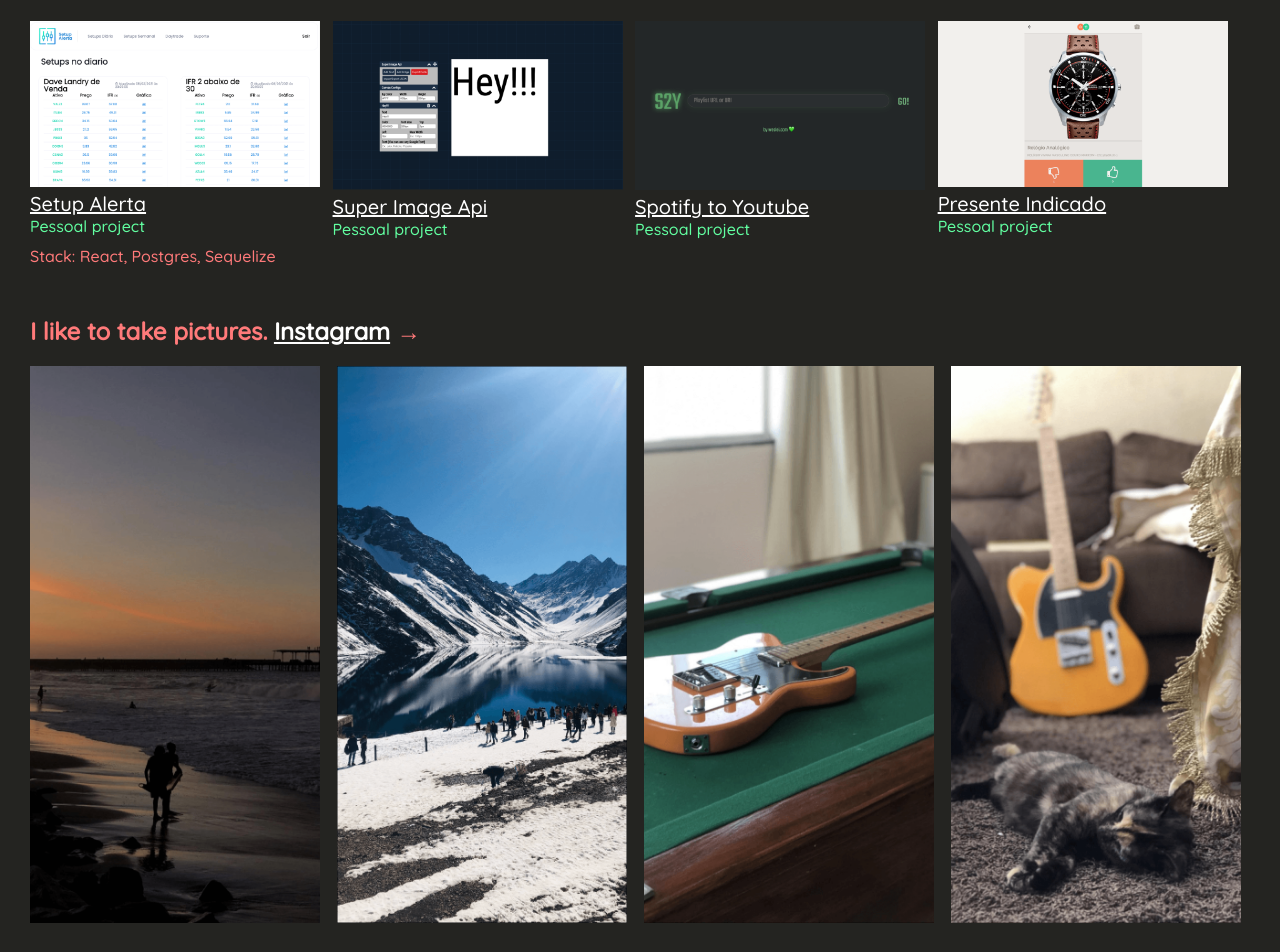
Repository: wprudencio/mywebsite
Page: index_src.html
The author's editor kept a copy of each file at every save. The page is drawn from the files as they stood at one save, then again after the next save.
The browser window is 1280 px wide. The pictures show the part of the page from y = 369 to 1321 px (the page is 1990 px tall before and 2010 px after).

Above is the page before, as saved 2021-04-15 21:26:06.

### index_src.html
<!DOCTYPE html>
<html lang="en">
  <head>
    <meta charset="UTF-8" />
    <meta name="viewport" content="width=device-width, initial-scale=1.0" />
    <meta http-equiv="X-UA-Compatible" content="ie=edge" />
    <meta name="description" content="Software Developer with a Passion for Music. I like math, design, music, photography, technology and sports.">
    <meta name="keywords" content="Software Engineer,nodejs,node,node.js,javascript,react,react-native,react,postgree,dokku,docker,css,html,fullstack,fullstack developer">
    <title>Weslei Prudencio - Fullstack Developer</title>
    <link rel="stylesheet" type="text/css" href="style.css" />
    <link rel="preconnect" href="https://fonts.gstatic.com" />
    <link rel="shortcut icon" href="img/favicon.ico">
    <link
      href="https://fonts.googleapis.com/css2?family=Quicksand:wght@500&display=swap"
      rel="stylesheet"
    />
  </head>
  <body>
    <div class="header">
      <div class="titles">
        <h1 class="title">I'm Weslei Prudencio</h1>
        <div class="subtile subcolor">
          Software Developer with a Passion for Music. Living in <a target="_blank" href="https://www.google.com/maps/search/fortaleza/@-3.7402515,-38.5448821,14.12z">Fortaleza</a>,
          Brazil. I like math, design, music, photography, technology and sports.
        </div>
        <div class="social-links">
          <a target="_blank" href="/img/contactme.png">Email</a> . <a target="_blank" href="https://api.whatsapp.com/send?phone=+5585997731370&text=hey!"> Whatsapp</a> . <a target="_blank" href="https://github.com/wprudencio">Github</a> .
          <a target="_blank" href="https://stackoverflow.com/users/1723176/weslei-prudencio">Stackoverflow</a> . <a target="_blank" href="https://www.instagram.com/wesprudencio/">Instagram</a> .
          <a target="_blank" href="https://www.youtube.com/user/wesleiwpa">Youtube</a> . <a target="_blank" href="https://www.strava.com/athletes/46133690">Strava</a>
        </div>
      </div>
      <div class="profile-picture"><img src="./img/weslei.png" /></div>
    </div>

    <section class="code">
      <h1 class="title">
        I like to code . <a href="https://github.com/wprudencio" target="_blank" class="subcolor">GitHub</a>
        <span class="hide-on-mobile">→</span>
      </h1>
      <div class="hide-on-mobile">

        <div class="code-content">
          <img src="img/screenshot_setupalerta.png" width="300" />
          <div class="title"><a class="title" href="https://www.setupalerta.com.br">Setup Alerta</a></div>
          <div class="subtitle">Pessoal project</div>
          <div class="description">
Stack: React, Postgres, Sequelize
          </div>
        </div>
        <div class="code-content">
          <img src="img/screenshot_superimageapi.png" width="300" />
          <div class="title"><a class="title" href="https://superimageapi.weslei.com/">Super Image Api</a></div>
          <div class="subtitle">Pessoal project</div>
          <!-- <div class="description">
            Software Developer with a Passion for music and design. Living in Fortaleza,
            Brazil. I like music, design, technology, and found in software
            development the perfect balance. Django
          </div> -->
        </div>
        <div class="code-content">
          <img src="img/screenshot_s2y.png" width="300" />
          <div class="title"><a class="title" href="https://spotifytoyoutube.weslei.com/">Spotify to Youtube</a></div>
          <div class="subtitle">Pessoal project</div>
          <!-- <div class="description">
            Software Developer with a Passion for Design. Living in Fortaleza,
            Brazil. I like math, design, technology, and found in software
            development the perfect balance. Django
          </div> -->
        </div>
        <div class="code-content">
          <img src="img/screenshot_presenteindicado.png" width="300" />
          <div class="title"><a class="title" href="https://presenteindicado.herokuapp.com/">Presente Indicado</a></div>
          <div class="subtitle">Pessoal project</div>
          <!-- <div class="description">
            Software Developer with a Passion for music and design. Living in Fortaleza,
            Brazil. I like music, design, technology, and found in software
            development the perfect balance. Django
          </div> -->
        </div>

        <!-- <div class="code-content">
          <img src="img/screenshot_s2y.png" width="300" />
          <div class="title">Setup Alerta</div>
          <div class="subtitle">Pessoal project</div>
          <div class="description">
            Software Developer with a Passion for Design. Living in Fortaleza,
            Brazil. I like math, design, technology, and found in software
            development the perfect balance. Django
          </div>
        </div> -->
      </div>
    </section>

    <section class="photo">
      <h1 class="title">
        I like to take pictures. <a href="https://www.instagram.com/wesprudencio/" target="_blank" class="subcolor">Instagram</a href="">
        <span class="hide-on-mobile">→</span>
      </h1>
      <div class="section-content hide-on-mobile">
        <img src="img/photo1.png" />
        <img src="img/photo2.png" />
        <img src="img/photo3.png" />
        <img src="img/photo4.png" />
      </div>
    </section>
    <section class="music">
      <h1 class="title">
        I like to play . <a href="https://www.youtube.com/user/wesleiwpa" target="_blank" class="subcolor">YouTube</a>
        <span class="hide-on-mobile">→</span>
      </h1>
      <div class="section-content hide-on-mobile">
        <iframe
          src="https://www.youtube.com/embed/yPIpGEmBJB4"
          frameborder="0"
          allow="accelerometer; autoplay; clipboard-write; encrypted-media; gyroscope; picture-in-picture"
          allowfullscreen
        ></iframe>
        <iframe
          src="https://www.youtube.com/embed/cLxHDwdbUxs"
          frameborder="0"
          allow="accelerometer; autoplay; clipboard-write; encrypted-media; gyroscope; picture-in-picture"
          allowfullscreen
        ></iframe>
        <iframe
          src="https://www.youtube.com/embed/GoNQzONj6T8"
          frameborder="0"
          allow="accelerometer; autoplay; clipboard-write; encrypted-media; gyroscope; picture-in-picture"
          allowfullscreen
        ></iframe>
        <iframe
          src="https://www.youtube.com/embed/zvhm4AExjm4"
          frameborder="0"
          allow="accelerometer; autoplay; clipboard-write; encrypted-media; gyroscope; picture-in-picture"
          allowfullscreen
        ></iframe>
      </div>
    </section>

    <footer>Made with love in 🇧🇷</footer>


<!-- Global site tag (gtag.js) - Google Analytics -->
<script async src="https://www.googletagmanager.com/gtag/js?id=G-LMNC2LT64Z"></script>
<script>
  window.dataLayer = window.dataLayer || [];
  function gtag(){dataLayer.push(arguments);}
  gtag('js', new Date());

  gtag('config', 'G-LMNC2LT64Z');
</script><!-- Global site tag (gtag.js) - Google Analytics -->
<script async src="https://www.googletagmanager.com/gtag/js?id=G-LMNC2LT64Z"></script>
<script>
  window.dataLayer = window.dataLayer || [];
  function gtag(){dataLayer.push(arguments);}
  gtag('js', new Date());

  gtag('config', 'G-LMNC2LT64Z');
</script>
  </body>
</html>

### style.css
body {
  background-color: #242421;
  font-family: "Quicksand", sans-serif;
  color: #ff7a7a;
  max-width: 1400px;
  margin: 0 auto;
  padding: 30px;
}
section {
  margin-top: 50px;
}
a {
  color: #ffff;
}

.social-links {
  padding-top: 17px;
}

.header {
  display: flex;
  flex-direction: row;
  margin: auto;
}

.code > div {
  display: flex;
}

.code-content {
  max-width: 23.8%;
}

.code-content:not(:first-child) {
  padding-left: 1%;
}

.code-content > img {
  width: 100%;
}

.code-content .title {
  font-size: 20px;
}

.code-content .subtitle {
  color: #62ffa1;
}

.code-content .description {
  margin-top: 10px;
  color: #ff7a7a;
}

.header .titles {
  margin: auto 0;
}

.header .subtile {
  margin-right: 50px;
}

.profile-picture > img {
  width: 256px;
  margin: auto;
}

section.photo img {
  width: 23.8%;

  margin: auto;
}

section.photo img:not(:last-child) {
  padding-right: 1%;
}

section.music iframe {
  width: 23.8%;
  height: 500px;
}

section.music iframe:not(:last-child) {
  padding-right: 1%;
}
footer {
  margin-top: 40px;
}

@media only screen and (min-width: 1077px) {
}

@media only screen and (max-width: 800px) {
  .hide-on-mobile {
    display: none !important;
  }

  .profile-picture > img {
    width: 120px;
    margin: auto;
  }
}

After the next save:
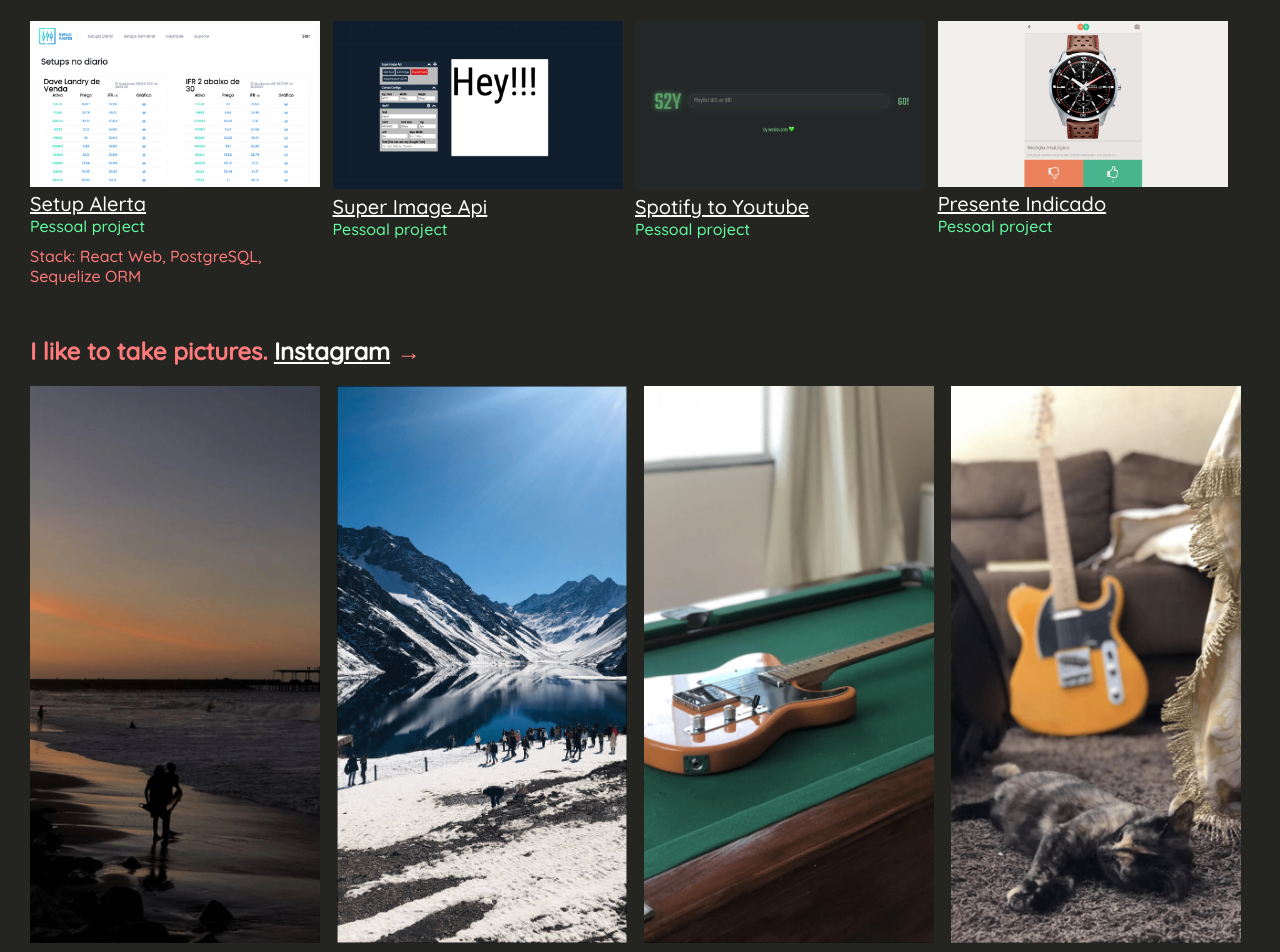
Saved 26 s later.
--- a/index_src.html
+++ b/index_src.html
@@ -44,7 +44,7 @@
           <div class="title"><a class="title" href="https://www.setupalerta.com.br">Setup Alerta</a></div>
           <div class="subtitle">Pessoal project</div>
           <div class="description">
-Stack: React, Postgres, Sequelize
+Stack: React Web, PostgreSQL, Sequelize ORM
           </div>
         </div>
         <div class="code-content">
